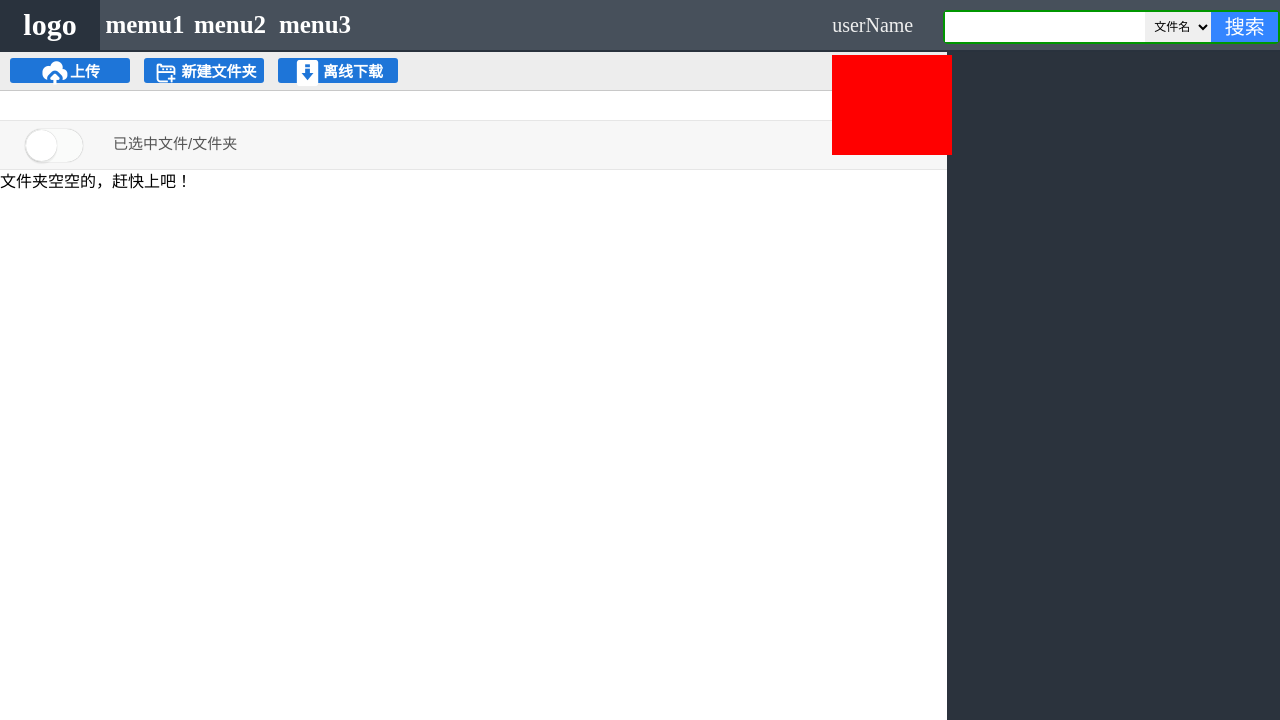
Repository: ixufeng/fileManager
Page: http://localhost/fileManager/delFile.do
The author's editor kept a copy of each file at every save. The page is drawn from the files as they stood at one save, then again after the next save.
The browser window is 1280 px wide. The pictures show the whole page.
The page is served by Tomcat 9. Other server files are loaded and not shown. Queries for data that is not in the repository find no rows.

Above is the page before, as saved 2016-04-07 13:15:22.

### fileManager/WebRoot/homePage.jsp
<%@page import="org.apache.commons.fileupload.FileItem"%>
<%@page import="file.MyFile"%>
<%@page import="sql.SqlHelper"%>
<%@page import="common.CatalogHelper" %>
<%@page import="common.Catalog" %>
<%@page language="java" import="java.util.*" pageEncoding="utf-8"%>
<%@taglib uri = "http://java.sun.com/jsp/jstl/core" prefix = "c" %>
<%
String path = request.getContextPath();
String basePath = request.getScheme()+"://"+request.getServerName()+":"+request.getServerPort()+path+"/";

String currentPath = "./home";
if(request.getParameter("currentPath")!=null){

	currentPath = request.getParameter("currentPath");
}else if(request.getAttribute("currentPath")!=null){

	currentPath = (String)request.getAttribute("currentPath");
}
	//获取路径列表
	ArrayList<Catalog> catalog = CatalogHelper.getCatalog(currentPath);
	//获得用户当前所在文件夹下的所有文件
	ArrayList<MyFile> fileList = SqlHelper.getSqlHelper().getAllFileByPath(currentPath);
	//优化目标，将第一次从数据库得来的文件信息存入到本地数据库中;

%>

<!DOCTYPE>
<html>
<head>
	<meta charset="utf-8">
	<title>在线文件管理器</title>
	<link rel="stylesheet" type="text/css" href="css/style_checkbox.css" />
	<link rel="stylesheet" type="text/css" href="css/title.css">
	<link rel="stylesheet" type="text/css" href="css/file_con.css">

	<!-- 上传文件 -->
	<link rel="stylesheet" href="css/zyUpload.css" type="text/css">
	<script src="js/jquery.js" type="text/javascript"></script>
	<script type="text/javascript" src="js/jquery.cookie.js"></script>
	<script type="text/javascript" src="js/fileClass.js"></script>
</head>

<body>
	<div id="head_nav">
		<div id="icon_home" path=<%=currentPath %> class="head_menu">
			logo
		</div>
		<div class="head_bar">memu1</div>
		<div class="head_bar">menu2</div>
		<div class="head_bar">menu3</div>

		<div id="icon_search">
			<label onclick="searchHelper();">搜索</label>
			<select id="selOption" onchange="searchTypeChange();">
				<option value="fimeName">文件名</option>
				<option value="fileDate">上传日期</option>
				<option value="fileContent">全文检索</option>
			</select>
			<input id="search_key" />
		</div>
		<div id="user">
			<span id="user_name">userName</span>
			<div id="user_box"></div>
		</div>
	</div>
	<div id="fileMsg">
			<ul id="file_catalog">
				<c:forEach var="catalogItem" items="<%=catalog%>">
					<li><a href="homePage.jsp?currentPath=${catalogItem.link}">${catalogItem.name}> </a></li>
				</c:forEach>

			</ul>
	</div>
	<div id="fileBar">

		<input type="checkbox" id="checkbox_c1" isSel="0" onclick="selectAll();" class="chk_3" /><label for="checkbox_c1"></label>
		<span id="functionBar">
			<label>已选中<span id="fileSelected"></span>文件/文件夹</label>
			<label id="MulShare" class="MulDo">分享</label>
			<label id="MulDown" onclick="mulDown();" class="MulDo"><img src="./images/MulDown.png">下载</label>
			<label id="MulDel" onclick="mulDel();" class="MulDo"><img src="./images/MulDel.png">删除</label>
			<label id="MulCopy" class="MulDo">复制到</label>
			<label id="MulTrans" onclick="showFileSendMenu();" class="MulDo">发送至</label>
		</span>
	</div>
	<div id='menu_second'>
		<span onclick='showuploadBorder();'><img alt="上传文件" src="images/fileUpload.png">上传</span>
		<span onclick='creatFileBorder("creatDir");'><img alt="新建文件夹" src ="images/newFile.png">新建文件夹</span>
		<span><img alt="文件下载" src="images/fileDownload.png">离线下载</span>
		<div id="sel_show_con">
			<a id="sel_grid" href="javascript:changeShowFile(0);"><img src="./images/grid.png"></a>
			<a id="sel_list" href="javascript:changeShowFile(1);"><img src="./images/list.png"></a>
		</div>
	</div>
	<div id="file_content">

		<ul id="file_ul_grid">
			<%=fileList.size()>0?"":"文件夹空空的，赶快上吧！" %>
			<c:forEach var = "fileItem" items = "<%=fileList %>" >
				<li class = "${fileItem.fileType=='floder'?'dir':'file'}" path = "${fileItem.fileLogicPath}" fileName = "${fileItem.fileRandomName} ">
					<img src ='${fileItem.filePic}'/>
					<p>${fileItem.fileName}</p>
				</li>
			</c:forEach>
		</ul>
		<ul id="file_ul_list">
			<c:forEach var = "fileItem" items = "<%=fileList %>" >
				<li class = "${fileItem.fileType=='floder'?'dir':'file'}" path = "${fileItem.fileLogicPath}" fileName = "${fileItem.fileRandomName} ">
					<input class="checkFile" type="checkbox" />
					<img src ='${fileItem.filePic}'/>
					<p>${fileItem.fileName}</p>
					<span class="fileCtime">${fileItem.fileCtime}</span>
				</li>
			</c:forEach>
		</ul>
	</div>
	<div id="con_cover">
		<div id="new_file">
			<img onclick="cancelNewFile();" id="file_cancel" src="images/icon_cancel.png"/>
			<span id="newfile_title">----新建文件</span>
			<input type="text" id="name" placeholder="文件名" />
			<button id="file_confirm">确认</button>
		</div>
	</div>

	<div id="menu">
		<ul>


		</ul>
	</div>
	<!--右侧的展示栏  -->
	<div id="funcboard">
		<ul id="searchRes_con">



		</ul>
	</div>
	<!-- 上传文件的border -->
	<div id="demo" class="demo"></div>
	<script type="text/javascript" src="js/file.handle.js"></script>
	<script type="text/javascript" src="js/menu.func.js"></script>
	<script type="text/javascript" src="js/common.js"></script>
	<script type="text/javascript" src="js/ajax.js"></script>
	<script type="text/javascript" src="js/draw.js"></script>
	<!-- 引用核心层插件 -->
	<script type="text/javascript" src="js/zyFile.js"></script>
	<!-- 引用控制层插件 -->
	<script type="text/javascript" src="js/zyUpload.js"></script>
	<!-- 引用初始化JS -->
	<script type="text/javascript" src="js/demo.js"></script>
	<script type="text/javascript">

</script>
<!-- 弹出的消息框 -->
<div id='msg_con'></div>
</body>
<%
	if(request.getAttribute("msg")!=null){
	String msg = (String)request.getAttribute("msg");
	out.print("<script type = 'text/javascript'>giveMsg('"+msg+"')</script>");
}else if(request.getParameter("msg")!=null){

	String msg = request.getParameter("msg");

	out.print("<script type = 'text/javascript'>giveMsg('"+msg+"')</script>");

}


 %>
</html>

### fileManager/src/servlet/delFile.java
package servlet;

import java.io.IOException;


import javax.servlet.RequestDispatcher;
import javax.servlet.ServletException;
import javax.servlet.http.HttpServlet;
import javax.servlet.http.HttpServletRequest;
import javax.servlet.http.HttpServletResponse;

import lucene.Lucene;


import file.MyFile;

import sql.SqlHelper;
/**
 *
 * @author xufeng
 * @version 1.0
 * 删除指定文件或文件集合
 *
 */
@SuppressWarnings("serial")
public class delFile extends HttpServlet {




	public void doGet(HttpServletRequest request, HttpServletResponse response)
			throws ServletException, IOException {
		request.setCharacterEncoding("utf-8");
		response.setCharacterEncoding("utf-8");
		doPost(request , response);

	}


	public void doPost(HttpServletRequest request, HttpServletResponse response)
			throws ServletException, IOException {
		String msg = "";
		//接受文件的物理名称（id）
		request.setCharacterEncoding("utf-8");
		response.setCharacterEncoding("utf-8");
		String fileName = request.getParameter("fileName");
		String path = request.getParameter("path");


		//先备份要删除的记录    --
		MyFile file = SqlHelper.getSqlHelper().getAFileByUniqueName(fileName);
		boolean isBack = SqlHelper.getSqlHelper().backUpFile(file);
		//删除数据库中的记录
		boolean  isDel = false;
		if(isBack){
			isDel = SqlHelper.getSqlHelper().delFile(file.getFileRandomName());
			System.out.println(isDel);
		}else{
			//备份失败
			msg = "文件备份失败！";

			request.getRequestDispatcher("homePage.jsp?currentPath="+path+"&msg="+msg).forward(request, response);
		}
		//如果删除记录成功，在删除磁盘数据
		if(isDel){
			//删除磁盘内容 ----周期删除
			//----------带处理-----留给自动处理机制
			msg = "删除成功";


			/*response.sendRedirect("homePage.jsp?currentPath="+path+"&msg="+msg);*/


			//删除索引
			Lucene lu=new Lucene();
			//fileName必须为RandomName
			lu.delete(fileName);

			request.setAttribute("msg", msg);
			request.setAttribute("currentPath", path);
			RequestDispatcher rd = request.getRequestDispatcher("homePage.jsp");
			rd.forward(request, response);
		}




	}

}

### fileManager/src/sql/SqlConnect.java
package sql;

import java.sql.DriverManager;
import java.sql.SQLException;

import java.sql.Connection;

import file.PathConfig;

public class SqlConnect {
	private static Connection conn = null;

	public static Connection getConnection(){

		String urlString = PathConfig.SQLURL;
		try {
			Class.forName("com.mysql.jdbc.Driver");

			conn = DriverManager.getConnection(urlString);

		} catch (ClassNotFoundException e) {
			// TODO Auto-generated catch block
			e.printStackTrace();
		}catch(Exception e){

			e.printStackTrace();
		}

		return conn;
	}

	public static void closeConnection(){

		try {
			if (conn != null || !conn.isClosed())
			conn.close();
		} catch (SQLException e) {
			// TODO Auto-generated catch block
			e.printStackTrace();
		}

	}


}

### fileManager/src/file/MyFile.java
package file;




public class MyFile{
	private String fileRandomName;// 文件实际上传后存储的名字
	private String fileName;// 文件的逻辑名字即用户看到的名字
	private String fileLogicPath;// 文件逻辑存储的地址
	private String fileType;
	private String fileSize;
	private String fileCtime;// 文件创建时间
	private String fileMtime;// 文件修改时间
	private int fileLimit;
	private String filePic;
	/**
	 * 构造方法的重载 --提供多种file类的初始化
	 */
	public MyFile(){
		//初始化
	}
	public MyFile(String fileRandomName,String fileName, String fileLogicPath,String fileType,String filePic){
		this.fileRandomName = fileRandomName;
		this.fileName = fileName;
		this.fileLogicPath = fileLogicPath;
		this.fileType = fileType;
		this.filePic = filePic;
	}



	public int getFileLimit() {
		return fileLimit;
	}

	public void setFileLimit(int fileLimit) {
		this.fileLimit = fileLimit;
	}


	public void setFileRandomName(String fileRandomName){
		this.fileRandomName = fileRandomName;
	}

	public String getFileRandomName(){

		return this.fileRandomName;
	}

	public String getFileName() {
		return this.fileName;
	}


	public void setFileName(String fileName) {
		this.fileName = fileName;
	}


	public String getFileLogicPath() {
		return fileLogicPath;
	}


	public void setFileLogicPath(String fileLogicPath) {
		this.fileLogicPath = fileLogicPath;
	}


	public String getFileType() {
		return fileType;
	}


	public void setFileType(String fileType) {
		this.fileType = fileType;
	}


	public String getFileSize() {
		return fileSize;
	}


	public void setFileSize(String fileSize) {
		this.fileSize = fileSize;
	}


	public String getFileCtime() {
		return fileCtime;
	}


	public void setFileCtime(String fileCtime) {
		this.fileCtime = fileCtime;
	}


	public String getFileMtime() {
		return fileMtime;
	}


	public void setFileMtime(String fileMtime) {
		this.fileMtime = fileMtime;
	}

	/*
	private Date getTime(){

		java.util.Date nowTime =new  java.util.Date();

		=

	}*/
	public String getFilePic() {
		return filePic;
	}

	public void setFilePic(String filePic) {
		this.filePic = filePic;
	}




}

### fileManager/src/sql/GetSql.java
package sql;

import file.MyFile;

public class GetSql {
	public static String selectFile(String fileName){
		String sql="select * from file where filename="+fileName;
		return sql;
	}

	/**
	 * @param fileRandomName
	 * @param fileName
	 * @param filePath
	 * @param fileType
	 * @return sql语句
	 */
	public static String uploadSql(String fileRandomName,String fileName,String fileLogicPath,String fileType){
		String sql="insert into file (fileRandomName,fileName,fileLogicPath,fileType,fileCtime) values('"+
	fileRandomName+"','"+fileName+"','"+fileLogicPath+"','"+fileType+"',now());";
		return sql;
	}

	public static String uploadSql(MyFile file){

		String sql="insert into file (fileRandomName,fileName,fileLogicPath,fileType,fileCtime,filePic) values('"+
				file.getFileRandomName()+"','"+file.getFileName()+"','"+file.getFileLogicPath()+"','"+file.getFileType()+"',now(),'"+file.getFilePic()+"');";

		return sql;
	}

	/**
	 *
	 * @param file
	 * @return sql语句
	 * 向备份数据表添加一条记录
	 */
	public static String addBackUp(MyFile file){

		String sql="insert into file_backup (fileRandomName,fileName,fileLogicPath,fileType,fileCtime,filePic) values('"+
				file.getFileRandomName()+"','"+file.getFileName()+"','"+file.getFileLogicPath()+"','"+file.getFileType()+"','"+file.getFileCtime()+"','"+file.getFilePic()+"');";

		return sql;
	}
	/**
	 * 获取某段时间的所有文件
	 * @param String
	 * @return String
	 */

	public static String timeSearchSql(String time1,String time2){
		String sql = "";
		sql = "select * from file  where fileCtime>='"+time1+"'and fileCtime<='"+time2+"'order by fileCtime asc";
		return sql;
	}

	/**
	 * 关键字模糊查询
	 * @param String
	 * @return String--sql
	 */
	public static String fileNameSearchSql(String fileName){
		String sql = "";
		sql = "select * from file where fileName LIKE '%"+fileName+"%'";

		return sql;
	}

	public static String getOverdueSql(){
		String sql ="";
		sql = "select * from file_backup where UNIX_TIMESTAMP(NOW())- UNIX_TIMESTAMP(fileMtime)>7*24*60*60";
		return sql;
	}
}

### fileManager/src/common/CatalogHelper.java
package common;


import java.util.ArrayList;

/**
 *
 * @author xufeng
 *根据url来显示当前文档的目录
 */
public class CatalogHelper {

	public static ArrayList<Catalog> getCatalog(String url){
		//将传进来的url拆分成数组
		String[] catalog = url.split("/");

		 ArrayList<Catalog> list = new ArrayList<Catalog>();


		 for(int i = 0;i < catalog.length;i++){

			 	if(i==1||i==0){

			 		Catalog myCatalog =new Catalog("所有文件","./home");
			 		list.add(myCatalog);

			 	}else{

			 		Catalog myCatalog =  new Catalog();
			 		myCatalog.setName(catalog[i]);
			 		myCatalog.setLink(list.get(i-1).getLink()+"/"+catalog[i]);
			 		list.add(myCatalog);
			 	}

			 }

		 list.remove(0);
		 return list;

	}

}

### fileManager/src/common/Catalog.java
package common;

public class Catalog{

	private String name;
	private String link;


	public Catalog(String name, String link){
		this.name = name;
		this.link = link;
	}

	public Catalog(){

	}
	public String getName() {
		return name;
	}
	public void setName(String name) {
		this.name = name;
	}
	public String getLink() {
		return link;
	}
	public void setLink(String link) {
		this.link = link;
	}
}

### fileManager/WebRoot/css/title.css
* {
	padding: 0px;
	margin: 0px;
}
body{

	width:100%;
	height:100px;
}
#head_nav {
	width: 100%;
	height: 50px;
	position: fixed;
	top: 0px;
	background-color:rgb(71,80,91);
	box-shadow:0px 0px 0px 2px rgb(41,50,61);
	z-index:9;
}


#icon_home {
	width: 100px;
	height: 50px;
	overflow: hidden;
	float: left;
	color:#fff;
	font-size:30px;
	font-weight:900;
	line-height:50px;
	text-align:center;
}
 .head_bar{
	float: left;
	width:80px;
	height:100%;
	color:#fff;
	font-weight:900;
	line-height:50px;
	text-align:center;
	font-size:25px;
	cursor:pointer;
	background-color:rgb(71,80,91);
	margin-left:5px;
}

.head_bar:hover{
	background-color:rgb(41,50,61);
}


.head_menu {
	float: left;
	background: rgb(0, 80, 0) margin-left: 10px;
	cursor: pointer;
}
#icon_home:hover{
	background-color:rgb(41,50,61);
}


#icon_home_img {
	margin-top:0px;
	margin-left: 5px;
}
/* 되쩍痰빵돨錦干움 */
#user{

	float:right;
	font-size:20px;
	color:rgb(240,240,240);
	line-height:50px;
	margin-right:30px;
	cursor:pointer;

}
/* 茶꾜돨userBox */
#user_box{
	width:120px;
	height:100px;
	position:fixed;
	top:55px;
	background-color:red;
	z-index:10;
}

#icon_upload{

	width:40px;
	height: 39px;
	border:0px solid rgb(0,100,0);
	border-radius: 5px;
	border-bottom:0px;
	margin-top: 18px;
	margin-left: 100px;
	background-color: rgb(0,150,0);
	float: left;
	cursor: pointer;

}

#icon_search{
	margin-top:10px;
	margin-right:0px;
	width:26%;
	height:30px;
	border:2px solid rgb(0,150,0);
	float:right;
	border-radius:5px;
}


#icon_search input{

	height:30px;
	width:60%;
	border:0px solid ;
	float:right;
	display:block;
}
#selOption{
	float:right;
	width:20%;
	height:100%;
	font-size:12px;
	text-align:center;
	font-family:Arial;

}
#selOption option{
	font-size=12px;

}
#icon_search label{

	display:block;
	float:right;
	height:30px;
	line-height:30px;
	width:20%;
	text-align:center;
	font-size:20px;
	color:#fff;
	background-color:rgb(51,133,255);
	font-familiy:Arial;
}
#icon_search label:hover{
	cursor:pointer;
	background-color:rgb(81,183,255);
}

#menu_second{
	width:74%;
	height:40px;
	position:fixed;
	top:50px;
	background-color:rgb(237,237,237);
	border-bottom:1px solid rgb(200,200,200);
	z-index:8;
}
#menu_second>span{
	display:inline-block;

	width:120px;
	height:25px;
	text-align:center;
	line-height:25px;
	margin:7.5px auto;
	margin-left:10px;
	background-color:rgb(30,117,216);
	color:#fff;
	border-radius:3px;
	cursor:pointer;
	font-weight:800;
	font-family:Arial;
	font-size:15px;
}

#menu_second>span:hover{
	background-color:rgb(50,147,246);
}
#menu_second img{
	vertical-align:middle;
}
#sel_show_con{
	width:80px;
	height:30px;
	float:right;
	margin:5px auto;
	line-height:40px;
	margin-right:10px;
	border:0.8px solid rgb(150,150,150);
	background-color:rgb(201,200,201);
	border-radius:3px;
	overflow:hidden;
}
#sel_show_con a{

	float:left;
	width:40px;
	height:30px;

}
#sel_grid{
	background-color:rgb(202,202,202);
}
#sel_list{
	background-color:rgb(255,255,255);
}

#sel_show_con>a>img{

	display:block;
	margin:2.5px auto;
}

### fileManager/WebRoot/css/file_con.css
*{

	padding:0px ;
	margin:0px;
	border:0px;
}
body{

	width: 100%;
	height: 100%;
}
#file_content{
	display: block;
	width: 74%;
	position:absolute;
	left:0px;
	bottom:0px;
	top:168px;
	margin-bottom:0px;
	z-index:0;
	over-flow:hidden;
}
#file_ul_grid{
	display: none;
	min-height: 200px;
	width: auto;
	height: auto;
	list-style-type: none;
}
#file_ul_grid>li{
	float: left;
	margin:10px;
	width:80px;
	height:80px;
	text-align: center;
	font-family: Arial;
	cursor: pointer;
	word-break:break-all;
	font-size:12px;
	padding-top:8px;
	border:1px solid #fff;
}

#file_ul_grid>li:hover{

	border:1px solid rgb(43,51,61);
}

#funcboard{
	position:fixed;
	width:26%;
	right:0px;
	top:50px;
	bottom:0px;
	background-color:rgb(43,51,61);
	z-index:8;
}

#con_cover{
	position: fixed;
	top:0px;
	width:100%;
	height:100%;
	background:rgba(0,0,0,0.5);
	display: none;
	z-index:9;

}

#new_file{
	opacity: 1;
	height:120px;
	width:300px;
	position: absolute;
	top:0px;
	left: 0px;
	border-radius: 10px;
	background-color: rgb(0,180,0);
	text-align:center;
	box-shadow: 4px 4px 4px rgb(0,100,0);
	display: none;
}

#new_file>input{
	width:100%;
	border:0px;
	margin-top: 10px;
	height: 30px;
	background-color: rgb(180,180,180);
	color: rgb(255,255,255);
	color: rgb(0,122,0);
	font-size: 20px;
	font-weight: 800;
	text-align: center;
}

#file_cancel{

	cursor:pointer;
	margin-top:5px;
	margin-right:5px;
	float:right;
}
#newfile_title{

	line-height:20px;
	font-size:20px;
	font-family:Arial;

}
::-webkit-input-placeholder {
	color: rgba(0,122,0,0.5);
	text-align: center;
}
#file_confirm{
	border:0px;
	width:100%;
	height:30px;
	margin-top: 20px;
	background-color:rgb(180,180,180);
	color: rgb(0,122,0);
	font-size: 20px;
	font-weight: 800;
	cursor: pointer;
}

#menu{
	position: absolute;
	top:300px;
	left:300px;
	width:90px;
	height: auto;
	background-color:rgb(0,160,0);
	box-shadow: 4px 4px 4px rgb(0,100,0);
	display: none;
	cursor:pointer;
	z-index:5;

}

#menu>ul{
	list-style-type: none;
	height: auto;
	min-height: 160px;
}

#menu>ul>li{

	padding:0px;
	width: 100%;
	height:30px;
	margin-bottom: 4px;
	text-align: center;
	line-height: 30px;
	color: rgb(200,200,200);
	font-family: arial;
	font-weight: 800;
	background-color: rgb(0,100,0);
	cursor: pointer;
}

#menu>ul>li:hover{
	opacity: 0.5;
}

#msg_con{
	width : 0px;
	height: 0px;
	position: absolute;
	top:0px;
	left: 0px;
	background-color: rgb(0,100,0);
	border-radius: 10px;
	display: none;
	text-align: center;
	vertical-align: middle;
	line-height: 100px;
	z-index:9;
}

#msg_con p{
	font-size: 20px;
	font-weight: 900px;
	font-family: arial;
	color: #fff;
	text-align: center;
}
#searchRes_con{
	list-style-type:none;


}
#searchRes_con li{
	width:95%;
	height:40px;
	background-color:rgb(200,200,200);
	margin:2px auto;
	cursor:pointer;
	border-radius:5px;
	animation:searchShow 1s;
	color:#fff;
	line-height:40px;
}
#searchRes_con li:hover{

	background-color:rgb(155,155,155);
}



@keyframes searchShow
{
	0% {opacity:0.3;}
	100%{opacity:1;}
}
#searchRes_con>li>img{
	width:30px;
	heigth:30px;
	margin-left:5px;
	vertical-align:middle;
}
#fileMsg{

	height:30px;
	width:100%;
	line-height:30px;
	padding-left:20px;
	position:fixed;
	background-color:#fff;
	top:90px;
	z-index:5;
}
#file_catalog{
	position:fixed;
	list-style:none;
	z-index:5;

}
#file_catalog>li{
	float:left;
	width:auto;
	height:30px;
	font-weight:700;
}
#fileBar{
	width:100%;
	height:40px;
	position:fixed;
	top:120px;
	padding-top:8px;
	padding-left:25px;
	border-bottom:1px solid rgb(230,230,230);
	border-top:1px solid rgb(230,230,230);
	background-color:rgb(247,247,247);
	z-index:5;
}

#fileBar label{
	display:block;
	float:left;
	line-height:30px;
	color:rgb(85,85,85);
	font-family:Arial;
	font-size:15px;
}
.MulDo{
	border:1px solid rgb(167,167,167);
	width:100px;
	margin-top:4px;
	height:26px;
	margin-left:8px;
	text-align:center;
	border-radius:3px;
}
#fileBar label:hover{
	cursor:pointer;
	background-color:rgb(255,255,255);
}
.MulDo img{
	vertical-align:middle;
}




/* file_ul_list */
#file_ul_list{
	list-style:none;
	display:none;

}
#file_ul_list>li{
	height:40px;
	width:100%;
	border-bottom:1px solid rgb(200,200,200);
}
#file_ul_list>li>p{

	display:inline-block;
	line-height:40px;
	margin-left:15px;
}
#file_ul_list>li>img{
	display:block;
	width:25px;
	height:25px;
	margin-left:15px;
	float:left;
	margin-top:7px;
	vertical-align:middle;
}
.checkFile{
	margin-top:15px;
	margin-left:30px;
	float:left;
	background-color:#fff;
}
.fileCtime{
	margin-right:10px;
	float:right;
	line-height:40px;
}

Loaded but not shown: fileManager/WebRoot/js/jquery.js (library); fileManager/WebRoot/js/jquery.cookie.js (library); fileManager/WebRoot/js/zyUpload.js (413 lines, source omitted); fileManager/WebRoot/js/zyFile.js (209 lines, source omitted); fileManager/WebRoot/js/common.js (177 lines, source omitted); fileManager/WebRoot/js/file.handle.js (147 lines, source omitted); fileManager/WebRoot/js/menu.func.js (133 lines, source omitted); fileManager/WebRoot/js/demo.js (40 lines, source omitted); fileManager/WebRoot/js/draw.js (53 lines, source omitted); fileManager/WebRoot/js/ajax.js (73 lines, source omitted); fileManager/WebRoot/js/fileClass.js (15 lines, source omitted); fileManager/WebRoot/css/zyUpload.css (327 lines, source omitted); fileManager/src/sql/SqlHelper.java (398 lines, source omitted); fileManager/WebRoot/css/style_checkbox.css (248 lines, source omitted)

After the next save:
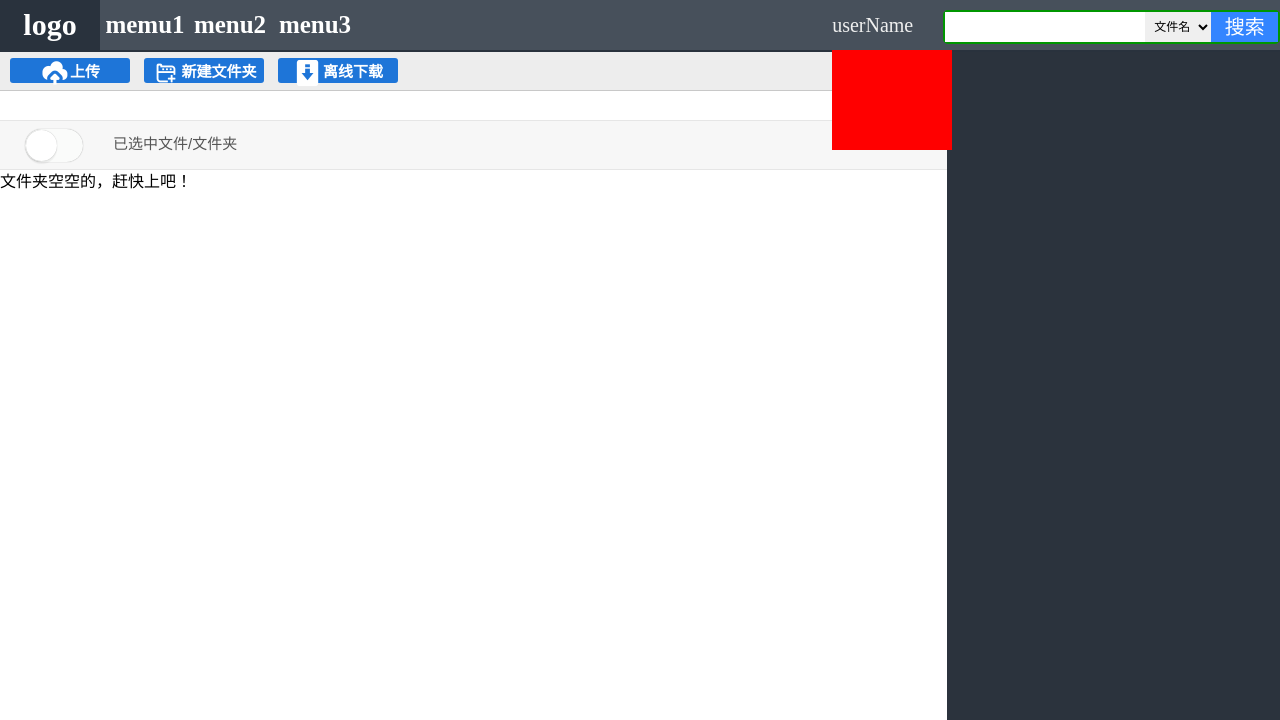
Saved 10 s later.
--- a/fileManager/WebRoot/css/title.css
+++ b/fileManager/WebRoot/css/title.css
@@ -78,7 +78,7 @@ body{
 	width:120px;
 	height:100px;
 	position:fixed;
-	top:55px;
+	top:50px;
 	background-color:red;
 	z-index:10;
 }
